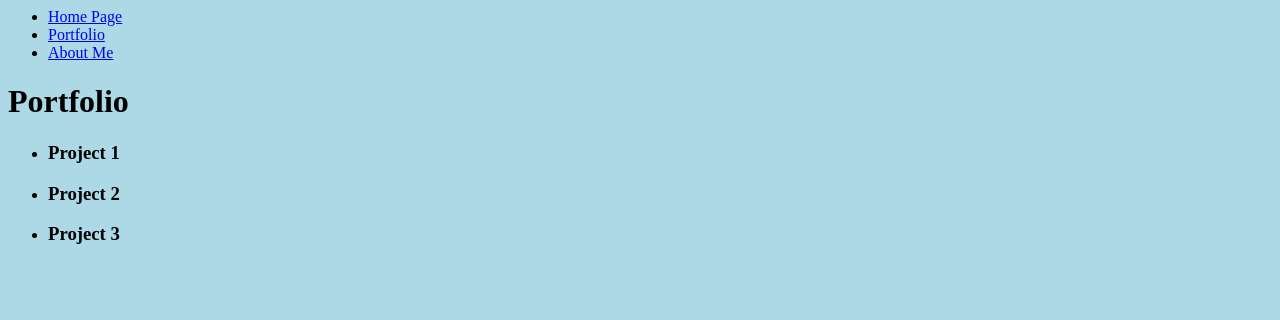
Repository: KevinAbr/KevinAbr.github.io
Page: portfolio.html
The author's editor kept a record of every edit. The page is drawn from the files as they stood at one moment, then again after the next edit.
The browser window is 1280 px wide. The pictures show the whole page.

Above is the page before.

### portfolio.html
<html>
    <head>
       <title>Portfolio</title>
            <style>
            body {
                color:black;
        }

            body {
            background:lightblue;

        }
        </style>
    </head>

    <body>
        <ul>
          <li><a href="index.html">Home Page</a></li>
          <li><a href="portfolio.html">Portfolio</a></li>
          <li><a href="about.html">About Me</a></li>
        </ul>
    <h1>Portfolio</h1>
    <ul>

        <li><h3>Project 1</h3></li>

       <li><h3>Project 2</h3></li>

       <li><h3>Project 3</h3></li>

    </ul>
    </body>

</html>

After the next edit:
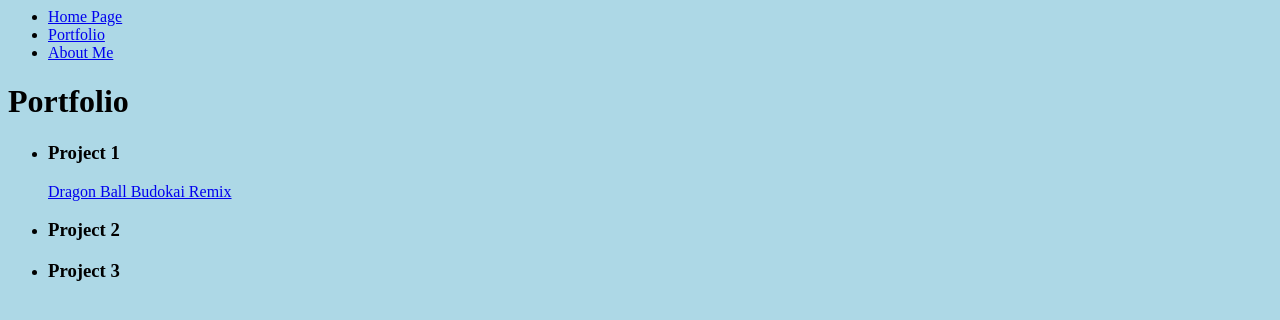
The edit:
--- a/portfolio.html
+++ b/portfolio.html
@@ -23,7 +23,7 @@
     <ul>
 
         <li><h3>Project 1</h3></li>
-
+        <a href="https://scratch.mit.edu/projects/328533615"> Dragon Ball Budokai Remix</a>
        <li><h3>Project 2</h3></li>
 
        <li><h3>Project 3</h3></li>
